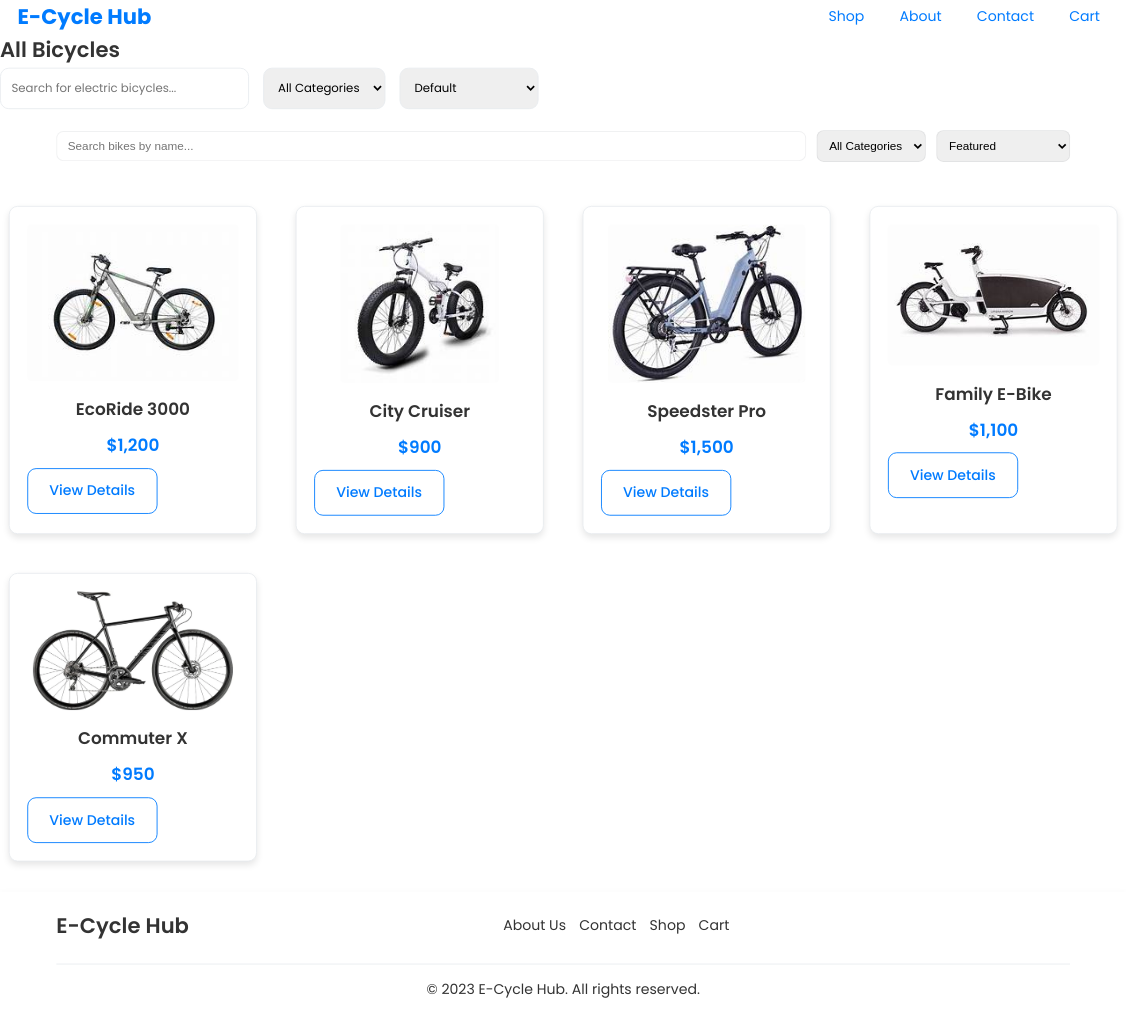
Repository: Rutuja-g/E-Cycle-Hub
Page: public/products.html
An editor plug-in stored every save of this project. The page is shown before and after the next save, followed by the edit.
The browser window is 1280 px wide. The pictures show the whole page, at 88% of full size.

Above is the page before, as saved 2025-10-24 15:52:31.
Console error: SyntaxError: Unexpected token 'export'

After the next save:
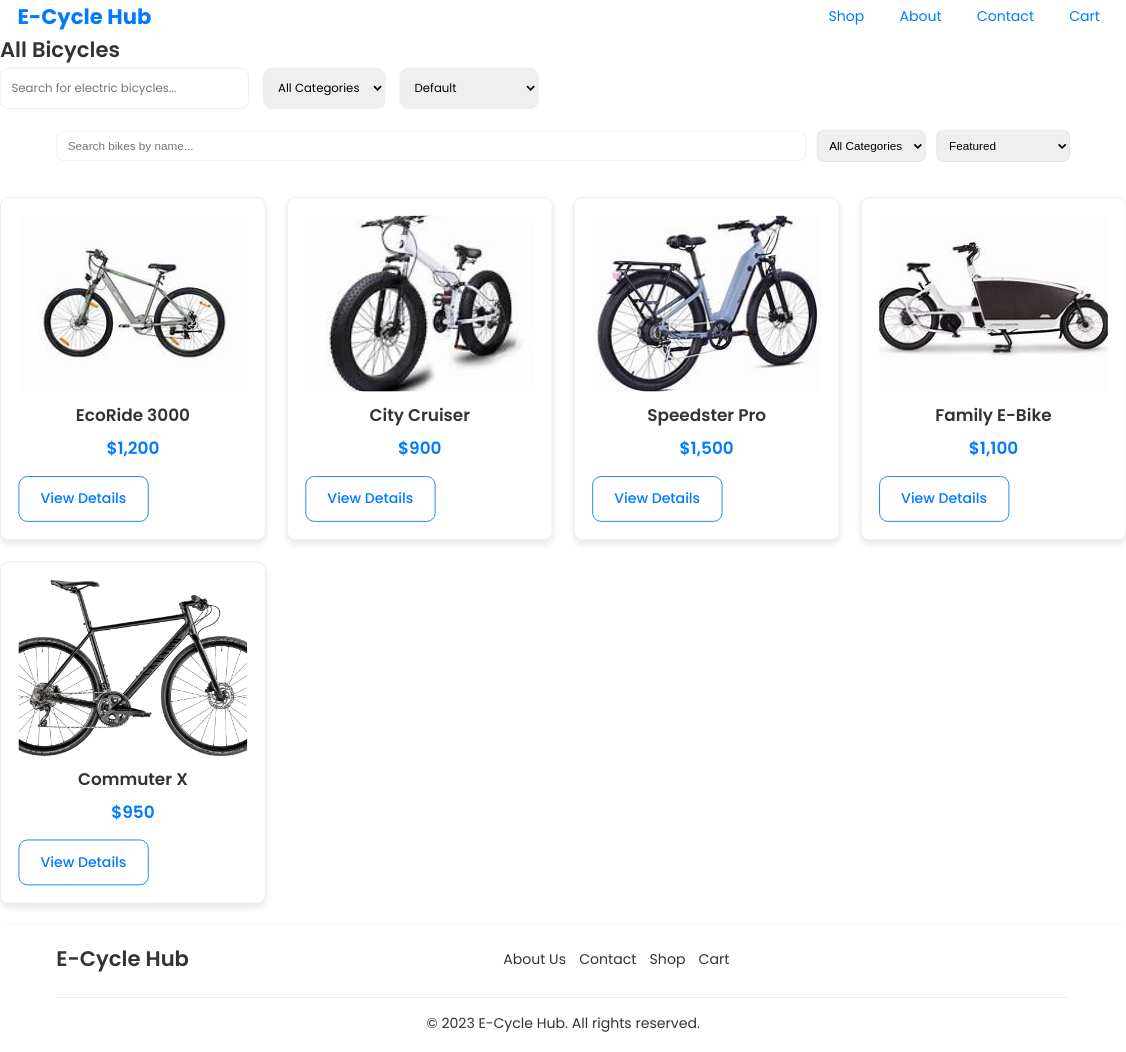
Saved 9 s later.
--- a/public/css/main.css
+++ b/public/css/main.css
@@ -228,11 +228,13 @@ nav {
   border: 1px solid #e9ecef;
   border-radius: var(--border-radius);
   padding: 20px;
-  margin: 10px;
   text-align: center;
   background: var(--background-color);
   box-shadow: var(--box-shadow);
   transition: var(--transition);
+  display: flex;
+  flex-direction: column;
+  height: 100%;
 }
 
 .card:hover {
@@ -242,23 +244,35 @@ nav {
 
 .card img {
   max-width: 100%;
-  height: auto;
+  height: 200px;
+  object-fit: cover;
   border-radius: 5px;
+  margin-bottom: 15px;
+}
+
+.card .card-body {
+  flex: 1;
+  display: flex;
+  flex-direction: column;
+  justify-content: space-between;
 }
 
 .card .card-title {
-  margin: 10px 0;
+  margin: 0 0 10px 0;
   font-size: 1.2em;
+  line-height: 1.3;
 }
 
 .card .price {
   color: var(--primary-color);
   font-weight: 600;
   font-size: 1.2em;
+  margin-bottom: 15px;
 }
 
 .card .btn {
-  margin-top: 10px;
+  margin-top: auto;
+  align-self: flex-start;
 }
 
 /* Product search styles */
